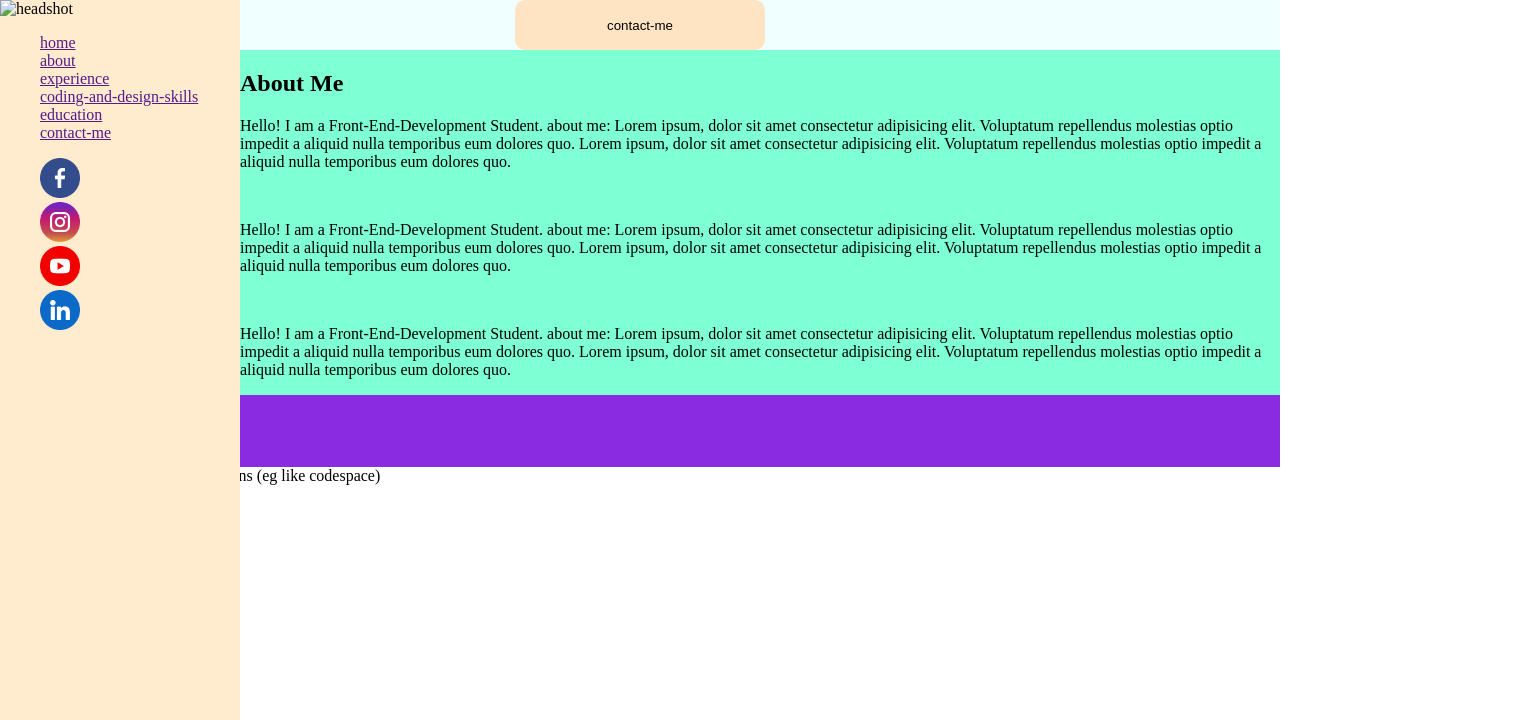
Repository: WesleyErasmus/MyDigitalResume-5
Page: index.html
These files come from the project's save history. The page is drawn as it stood at one moment and after the next save; the edit follows.
The browser window is 1280 px wide. The page is 1280 px wide, then 1520 px, so the pictures cover 1520 px, including what lies to the right of the window. The pictures show the whole page.

Above is the page before, as saved 2022-02-24 17:41:14.

### index.html
<!DOCTYPE html>
<html lang="en">

<head>
    <meta charset="UTF-8">
    <meta http-equiv="X-UA-Compatible" content="IE=edge">
    <meta name="viewport" content="width=device-width, initial-scale=1.0">
    <title>Wesley Erasmus Digital Resume 5</title>
    <link rel="stylesheet" href="stylesheet.css">
</head>

<body>
    <!-- look into using use hr tag -->
    <header>
        <span>
            <button id="contact-me-btn">contact-me</button>
        </span>
    </header>
    <nav>
        <img src="" alt="headshot">
        <ul class="nav-btns">
            <li><a href="">home</a></li>
            <li><a href="">about</a></li>
            <li><a href="">experience</a></li>
            <li><a href="">coding-and-design-skills</a></li>
            <li><a href="">education</a></li>
            <li><a href="">contact-me</a></li>
        </ul>
        <ul class="social-media-links">
            <li><a href="https://www.facebook.com/codespaceza" target="_blank"><img src="/icons/facebook.png"
                        alt="Facebook" width="40px" height="40px"></a></li>
            <li><a href="https://www.instagram.com/codespaceza/" target="_blank"><img src="icons/instagram.png"
                        alt="Instagram" width="40px" height="40px"></a></li>
            <li><a href="https://www.youtube.com/channel/UCfmXJliguiwBv2QlRzWdrxA" target="_blank"><img
                        src="icons/youtube.png" alt="YouTube" width="40px" height="40px"></a></li>
            <li><a href="https://www.linkedin.com/school/codespaceza/" target="_blank"><img src="icons/linkedin.png"
                        alt="LinkedIn" width="40px" height="40px"></a></li>
        </ul>
    </nav>
    <main>
        <article class="about-me">
            <h1>About Me</h1>
                <p>Hello! I am a Front-End-Development Student. about me: Lorem ipsum, dolor sit amet consectetur
                    adipisicing elit. Voluptatum repellendus molestias optio impedit a aliquid nulla temporibus eum
                    dolores quo. Lorem ipsum, dolor sit amet consectetur adipisicing elit. Voluptatum repellendus
                    molestias optio impedit a aliquid nulla temporibus eum dolores quo.</p>
                <br>
                <p>Hello! I am a Front-End-Development Student. about me: Lorem ipsum, dolor sit amet consectetur
                    adipisicing elit. Voluptatum repellendus molestias optio impedit a aliquid nulla temporibus eum
                    dolores quo. Lorem ipsum, dolor sit amet consectetur adipisicing elit. Voluptatum repellendus
                    molestias optio impedit a aliquid nulla temporibus eum dolores quo.</p>
                <br>
                <p>Hello! I am a Front-End-Development Student. about me: Lorem ipsum, dolor sit amet consectetur
                    adipisicing elit. Voluptatum repellendus molestias optio impedit a aliquid nulla temporibus eum
                    dolores quo. Lorem ipsum, dolor sit amet consectetur adipisicing elit. Voluptatum repellendus
                    molestias optio impedit a aliquid nulla temporibus eum dolores quo.</p>
        </article>
        <article class="job-experience">
            2 - Job experience
        </article>
        <article class="coding-and-design-skills">
            3 - Coding and Design skills
        </article>
        <article class="education">
            4 - education
        </article>
        <article>
            5 - contact / or remove this article
        </article>
    </main>
    <footer>
        contact details
        small social media icons (eg like codespace)
    </footer>

</body>

</html>

### stylesheet.css
* {
    box-sizing: border-box;
    list-style-type: none;
}
body {
    margin: 0;
    padding: 0;
}
header {
    background-color: azure;
    text-align: center;
}
button#contact-me-btn {
    background-color: bisque;
    width: 250px;
    height: 50px;
    border-radius: 10px;
    border: none;
}
nav {
    background-color: blanchedalmond;
    float: left;
    position: fixed;
    left: 0;
    overflow-y: auto;
    overflow-x: hidden;
    height: 100vh;
    min-height: 100vh;
    top: 0;
    width: 240px;
    z-index: 1;
}
main {
    background-color: blueviolet;
    position: relative;
    display: block;
    width: 100%;
    overflow-x: hidden;
}
article.about-me {
    background-color: aquamarine;
    margin-left: 240px;
    overflow-x: hidden;
    /* Will need to use the two above stylings for other elements in main container  */
}

After the next save:
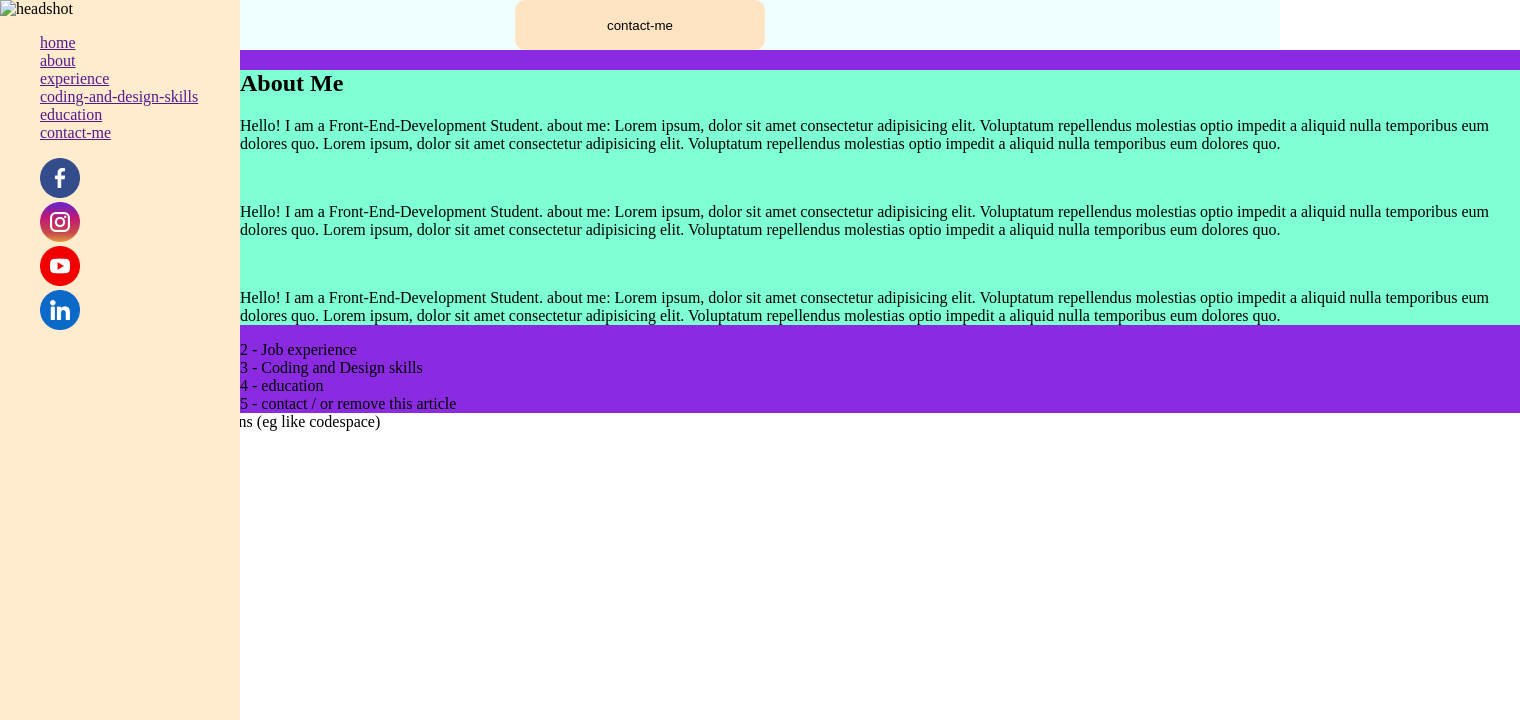
Saved 24 s later.
--- a/stylesheet.css
+++ b/stylesheet.css
@@ -35,11 +35,12 @@ main {
     position: relative;
     display: block;
     width: 100%;
+    margin-left: 240px;
     overflow-x: hidden;
 }
 article.about-me {
     background-color: aquamarine;
-    margin-left: 240px;
-    overflow-x: hidden;
+    /* margin-left: 240px;
+    overflow-x: hidden; */
     /* Will need to use the two above stylings for other elements in main container  */
 }
